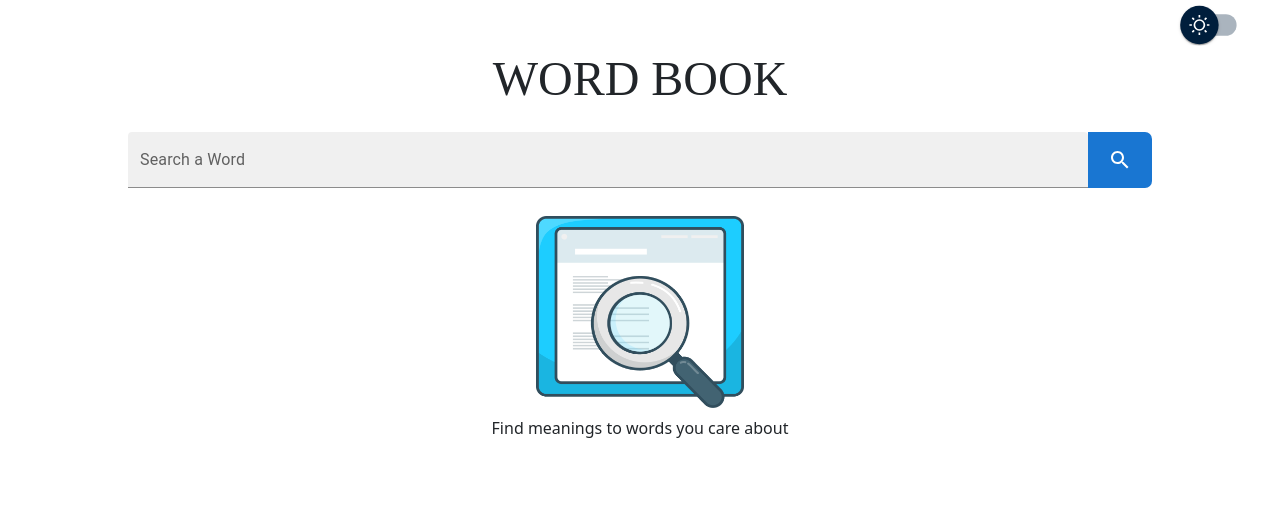
Repository: marveldev/my-dictionary
Page: /
These files come from the project's save history. The page is drawn as it stood at one moment and after the next save; the edit follows.
The browser window is 1280 px wide. The pictures show the whole page.
The project was rebuilt for these pictures with package versions that can differ from the ones it lists, and the page was loaded fresh each time. Also part of the build but not shown: src/components/themeSwitcher/MUISwitch.jsx.

Above is the page before, as saved 2022-05-29 18:52:20.

### public/index.html
<!DOCTYPE html>
<html lang="en">
  <head>
    <meta charset="utf-8" />
    <meta name="viewport" content="width=device-width, initial-scale=1" />
    <meta name="theme-color" content="#000000" />
    <meta name="description" content="Web site created using create-react-app" />
    <link
      href="https://cdn.jsdelivr.net/npm/bootstrap@5.1.3/dist/css/bootstrap.min.css"
      rel="stylesheet"
      integrity="sha384-1BmE4kWBq78iYhFldvKuhfTAU6auU8tT94WrHftjDbrCEXSU1oBoqyl2QvZ6jIW3"
      crossorigin="anonymous"
    />
    <link rel="apple-touch-icon" href="./icon-192x192.png" />
    <link rel="icon" href="./icon-192x192.png" />
    <link rel="manifest" href="./manifest.json" />
    <title>My Dictionary</title>
  </head>
  <body>
    <noscript>You need to enable JavaScript to run this app.</noscript>
    <div id="root"></div>
  </body>
</html>

### src/index.js
import React from 'react'
import ReactDOM from 'react-dom'
import App from './App'
import swDev from './swDev'
import './index.css'

ReactDOM.render(
  <React.StrictMode>
    <App />
  </React.StrictMode>,
  document.getElementById('root'),
)
swDev()

### src/App.js
import { useEffect, useState } from 'react'
import { createTheme } from '@mui/material'
import { Form, Output, ThemeSwitcher } from './components'

const App = () => {
  const [definitions, setDefinitions] = useState([])
  const [appMode, setAppMode] = useState('online')
  const [isLoading, setIsLoading] = useState(null)

  const storedTheme = localStorage.getItem('theme') || 'light'
  const [theme, setTheme] = useState(storedTheme)

  const themePalette = createTheme({
    palette: {
      mode: theme,
    },
  })

  useEffect(() => {
    if (navigator.onLine) {
      setAppMode('onLine')
    } else {
      setAppMode('offline')
    }
  }, [])

  return (
    <div className={`${theme} app`}>
      <div className="top-column top-0 w-100 pb-4">
        <ThemeSwitcher setTheme={setTheme} theme={theme} themePalette={themePalette} />
        <h1 className="text-center">{definitions?.word || 'WORD BOOK'}</h1>
        <Form
          setDefinitions={setDefinitions}
          themePalette={themePalette}
          setAppMode={setAppMode}
          setIsLoading={setIsLoading}
        />
      </div>

      <Output definitions={definitions} appMode={appMode} isLoading={isLoading} />
    </div>
  )
}

export default App

### src/swDev.js
export default function swDev() {
  let swUrl = `${process.env.PUBLIC_URL}/sw.js`
  navigator.serviceWorker.register(swUrl).then(response => {
    console.warn("response", response)
  })
}

### src/index.css
body {
  margin: 0;
}

.app {
  width: 100%;
  height: 100vh;
  transition: all 0.5s linear 0s;
  overflow: auto;
}

.app::-webkit-scrollbar {
  display: none;
}

.top-column {
  position: fixed;
  top: 0;
  width: 100%;
  padding-bottom: 1em;
  background: #fff;
  z-index: 1;
  transition: all 0.5s linear 0s;
}

.theme-switcher {
  text-align: right;
  margin: 1em 0.3em 0.5em;
}

h1 {
  font-size: 3em;
  font-family: 'Montserrat light', serif;
  text-align: center;
  margin: 0 0 0.5em;
}

.fs-4 {
  font-size: 1.1em;
}

.text-center {
  text-align: center;
}

.form {
  display: flex;
  margin: auto;
  width: 80%;
}

#searchButton {
  border-radius: 0 0.5em 0.5em 0;
  box-shadow: none;
}

.output {
  margin: 13em auto 0;
  padding-bottom: 1em;
}

.search-illustration {
  width: 13em;
  height: 13em;
  object-fit: contain;
}

.definition-header {
  padding: 1em 2em;
  font-family: 'Montserrat Medium', serif;
}

.volume-icon {
  transform: scale(1.8);
  color: #000;
}

.definitions-wrapper {
  width: 80%;
  background: #f0f0f0;
}

.definition {
  background: #3b5360;
}

button:active {
  transform: translateY(0.2em);
}

.dark {
  background: #282c34;
  color: #fff;
}

.dark #searchButton {
  background: #1174ff;
  color: #fff;
}

.dark .top-column {
  background: #282c34;
}

.dark .definitions-wrapper {
  background: #3b3f46;
}

.dark .definition {
  background: #355c6c;
}

.dark .volume-icon {
  color: #fff;
}

@media screen and (max-width: 628px) {
  .form {
    width: 95%;
  }

  .output {
    margin-top: 12em;
  }

  .definition-header {
    padding: 0.5em 0;
  }

  .definitions-wrapper {
    width: 95%;
    padding: 0 1em;
  }
}

### src/components/index.js
export { default as Form } from './form/Form'
export { default as Output } from './output/Output'
export { default as ThemeSwitcher } from './themeSwitcher/ThemeSwitcher'

### src/components/form/Form.jsx
import { useState } from 'react'
import debounce from 'lodash.debounce'
import wordList from 'word-list-json'
import { TextField, ThemeProvider, Autocomplete, Button } from '@mui/material'
import SearchIcon from '@mui/icons-material/Search'

const Form = ({ setDefinitions, themePalette, setIsLoading, setAppMode }) => {
  const [filteredWords, setFilteredWords] = useState([])
  const [word, setWord] = useState('')

  const url = `https://api.dictionaryapi.dev/api/v2/entries/en/${word}`

  const doWordFilter = debounce(value => {
    if(value.trim().length >= 1) {
      const wordFilter = wordList?.filter(word => word.startsWith(value.toLowerCase())).slice(0, 30)
      setFilteredWords(wordFilter)
    } else {
      setFilteredWords([])
      setWord('')
      setDefinitions([])
    }
  }, 300)

  const fetchDefinition = async event => {
    event?.preventDefault()
    if (word.trim().length >= 1) {
      setIsLoading(true)

      try {
        const response = await fetch(url)
        const data = await response.json()
        if (data) {
          setIsLoading(null)
          setDefinitions(data[0])
          setAppMode('online')
        }
      } catch (error) {
        setAppMode('offline')
        setDefinitions([])
      }
    }
  }

  return (
    <ThemeProvider theme={themePalette}>
      <>
        <Autocomplete
          freeSolo
          disableClearable
          options={filteredWords.map(word => word)}
          onChange={(event, value) =>
            setWord(value)
          }
          renderInput={params =>
            <form
              className="form d-flex m-auto"
              onSubmit={event => fetchDefinition(event)}
            >
              <TextField
                {...params}
                variant="filled"
                label="Search a Word"
                onChange={event => doWordFilter(event.target.value)}
              />
              <Button type="submit" variant="contained" id="searchButton">
                <SearchIcon />
              </Button>
            </form>
          }
        />
      </>
    </ThemeProvider>
  )
}

export default Form

### src/components/output/Output.jsx
import { IconButton } from '@mui/material'
import VolumeUpIcon from '@mui/icons-material/VolumeUp'
import { searchIllustration, loader } from '../assets'

const Output = ({ definitions, isLoading, appMode }) => {
  const playWord = (url) => {
    const audio = new Audio(url)
    audio?.play()
  }

  return (
    <div className="output">
      {isLoading && appMode === 'online' && (
        <div className="text-center">
          <img src={loader} alt="loading" />
        </div>
      )}

      {!isLoading && (
        <>
          {!definitions && (
            <div className="text-center fs-4 px-4">
              😞 we couldn't find definitions for the word you are looking for.
            </div>
          )}

          {definitions?.length <= 0 && (
            <div className="text-center">
              <img src={searchIllustration} className="search-illustration" alt="search illustration" />
              <p>Find meanings to words you care about</p>
            </div>
          )}

          {definitions?.meanings && (
            <div className="definitions-wrapper m-auto pb-4 rounded">
              <div className="definition-header d-flex align-items-center gap-3">
                {definitions.phonetics[0]?.audio && (
                  <IconButton onClick={() => playWord(definitions.phonetics[0]?.audio)}>
                    <VolumeUpIcon className="volume-icon" />
                  </IconButton>
                )}
                <div>
                  <p className="m-0 fs-5">{definitions?.word}</p>
                  {definitions?.phonetic && <p className="m-0">{definitions?.phonetic}</p>}
                </div>
              </div>
              <ul className="mx-lg-5 ps-0">
                {definitions?.meanings.map((meaning, index) => (
                  <li key={index}>
                    <p>"partOfSpeech": {meaning.partOfSpeech}</p>
                    {meaning.definitions?.map((data, index) => (
                      <div key={index} className="definition text-white rounded p-2 mb-3">
                        <p className="fw-bold">{data.definition}</p>
                        <p>
                          <span className="me-2 fw-bold">Example:</span>
                          {data.example}
                        </p>
                        <p className="mb-0">
                          <span className="me-2 fw-bold">Synonyms:</span>
                          {data.synonyms.join(', ')}
                        </p>
                      </div>
                    ))}
                  </li>
                ))}
              </ul>
            </div>
          )}
        </>
      )}

      {appMode === 'offline' && (
        <div className="text-center fs-4">😞 you are in offline mode or some issue with connection.</div>
      )}
    </div>
  )
}

export default Output

### src/components/themeSwitcher/ThemeSwitcher.jsx
import { FormControlLabel } from '@mui/material'
import { MaterialUISwitch } from './MUISwitch'

const ThemeSwitcher = ({ theme, setTheme, themePalette }) => {
  const switchTheme = () => {
    const currentTheme = theme === 'dark' ? 'light' : 'dark'
    setTheme(currentTheme)
    localStorage.setItem('theme', currentTheme)
  }

  return (
    <div className="theme-switcher text-end mx-lg-4 mt-2">
      <FormControlLabel
        label=""
        control={
          <MaterialUISwitch
            theme={themePalette}
            onChange={switchTheme}
            checked={theme === 'dark' && true}
            aria-label="switch theme"
          />
        }
      />
    </div>
  )
}

export default ThemeSwitcher

### src/components/assets/index.js
export { default as searchIllustration } from './searchIllustration.png'
export { default as loader } from './loader.svg'

After the next save:
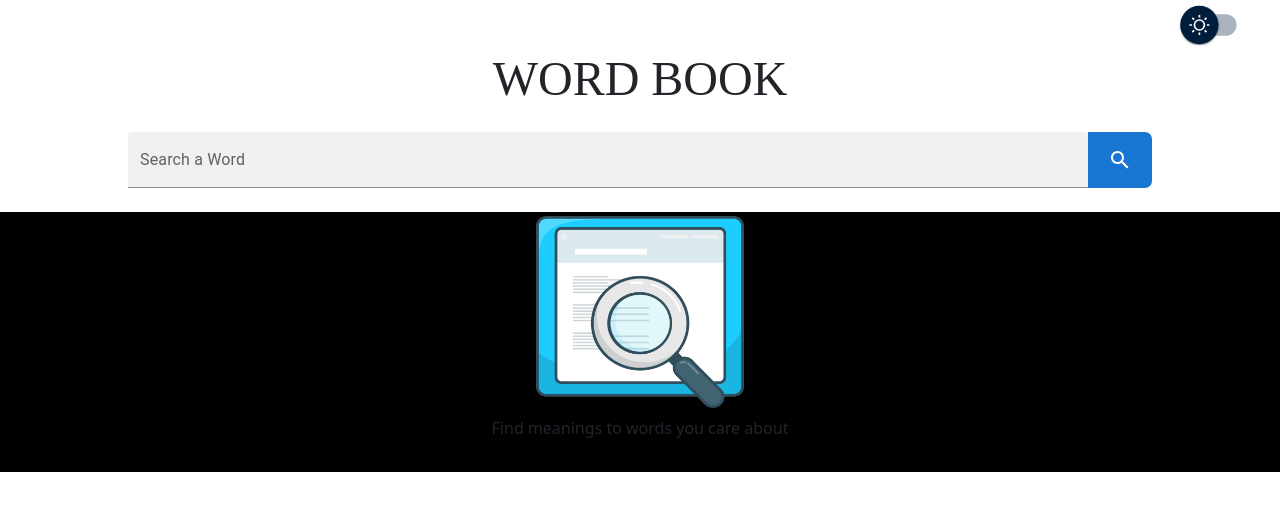
Saved 15 s later.
--- a/src/index.css
+++ b/src/index.css
@@ -57,6 +57,7 @@ h1 {
 .output {
   margin: 13em auto 0;
   padding-bottom: 1em;
+  background-color: #000;
 }
 
 .search-illustration {
